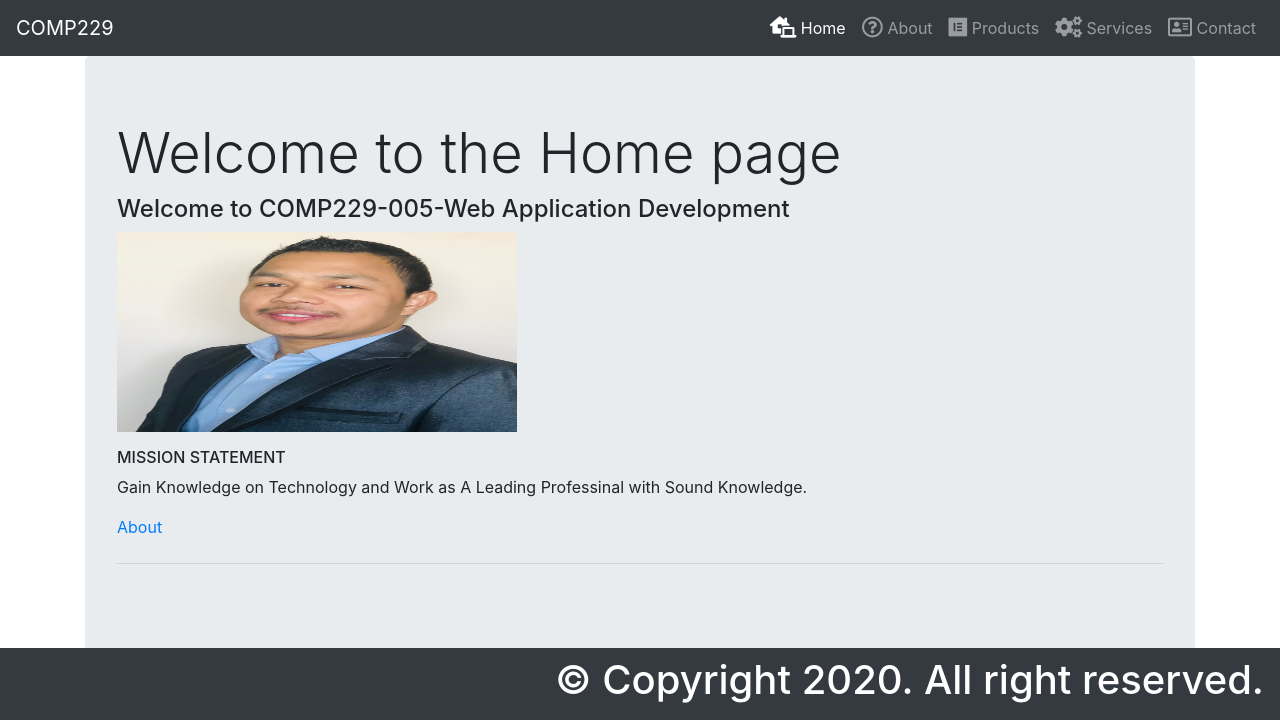
Repository: laxmangothe2020/COMP229Assignment
Page: http://localhost/
An editor plug-in stored every save of this project. The page is shown before and after the next save, followed by the edit.
The browser window is 1280 px wide. The pictures show the whole page.
The page is served by the project's Node server (server.js). Other server files are loaded and not shown.

Above is the page before, as saved 2021-02-11 01:04:23.

### views/index.ejs

<%- include partials/header.ejs %>

   <%- include partials/main_nav.ejs %>

      <!-- Main Contain -->
   <main class="container">
    <div class="jumbotron">
    <h1 class="display-4"> Welcome to the <%= title %> page </h1>
    <!--Using Switch case all infornation passed through here-->
      <% switch (title) {
        case 'Home' : %>
        <%- include partials/home.ejs %>
                <% break;

        case 'About' : %>
        <%- include partials/about.ejs %>
                <% break;

        case 'Products' : %>
        <%- include partials/products.ejs %>
                <% break;

        case 'Services' : %>
        <%- include partials/services.ejs %>
                <% break;

        case 'Contact' : %>
        <%- include partials/contact.ejs %>
              <% break;
       } %>
      <hr class="my-4">
    </div>
  </main>

   <%- include partials/bottom_nav.ejs %>


    <%- include partials/footer.ejs %>

### views/partials/header.ejs

<!DOCTYPE html>
<html lang="en">
  <head>
   <meta charset="UTF-8">
   <meta name="viewport" content="with=device-width, initial-scale=1.0">
    <title><%= title %></title>

  <!-- CSS Section-->
  <link rel="stylesheet" href="/bootstrap/dist/css/bootstrap.min.css">
  <link rel="stylesheet" href="/@fortawesome/fontawesome-free/css/all.min.css">
  <link rel='stylesheet' href='/Content/app.css'/>

</head>
<body>

### views/partials/main_nav.ejs
<!-- Main Navigation -->
   <nav class="navbar navbar-expand-lg navbar-dark bg-dark">
      <a class="navbar-brand" href="/">COMP229</a>
      <button class="navbar-toggler" type="button" data-toggle="collapse" data-target="#navbarSupportedContent" aria-controls="navbarSupportedContent" aria-expanded="false" aria-label="Toggle navigation">
       <span class="navbar-toggler-icon"></span>
     </button>

     <div class="collapse navbar-collapse" id="navbarSupportedContent">
        <ul class="navbar-nav ml-auto">

          <% if (title == "Home") { %>
        <li class="nav-item active">
        <% } else { %>
        <li class="nav-item">
        <% } %>
          <a class="nav-link" href="/home"><i class="fas fa-lg fa-laptop-house"></i> Home </a>
        </li>

        <% if (title == "About") { %>
          <li class="nav-item active">
          <% } else { %>
          <li class="nav-item">
          <% } %>
        <a class="nav-link" href="/about"><i class="far fa-lg fa-question-circle"></i> About </a>
        </li>

        <% if (title == "Products") { %>
          <li class="nav-item active">
          <% } else { %>
          <li class="nav-item">
          <% } %>
        <a class="nav-link" href="/products"><i class="fab fa-lg fa-elementor"></i> Products </a>
        </li>

        <% if (title == "Services") { %>
          <li class="nav-item active">
          <% } else { %>
          <li class="nav-item">
          <% } %>
        <a class="nav-link" href="/services"><i class="fas fa-lg fa-cogs"></i> Services </a>
        </li>

        <% if (title == "Contact") { %>
          <li class="nav-item active">
          <% } else { %>
          <li class="nav-item">
          <% } %>
        <a class="nav-link" href="/contact"><i class="far fa-lg fa-address-card"></i> Contact </a>

        </li>

      </div>
    </nav>

### views/partials/home.ejs
<body>

    <div class="content">
        <h4>Welcome to COMP229-005-Web Application Development</h4>
        <img src="./Assets/images/lax.jpeg" width="400" height="200" >
        <p>
            <h6> MISSION STATEMENT</h6> Gain Knowledge on Technology and Work as A Leading Professinal with Sound Knowledge.
        </p>
        <p>
            <a href="/about"> About </a>
        </p>
    </div>

</body>

### views/partials/about.ejs

         <div id="contentEditable">


                    <div style="background-color: #C0C0C0;margin-bottom: 10px">
                        <h3 style="padding-left: 40px;padding-top:20px;color: #AA7439"> About Me </h3>
                        <div style="width: 100%;height:100%;background-color:#C0C0C0;">
                            <img src="./Assets/images/laxman.jpeg" alt="Security for Life" width="175" style="float: right;margin-left: 30px;margin-right:30px">
                           <p style="padding-left:15px; padding-right: 10px; color:#696969;margin:20px;text-align: justify;line-height:1.7;padding-bottom: 20px;">
                             &nbsp;&nbsp;&nbsp;&nbsp;&nbsp;&nbsp;&nbsp;&nbsp;The Civil Homes REALTORS® is a small, family owned real estate company with full-time Professional REALTORS®. We have been in business in Madison since 1990 and have helped hundreds of people and families buy and sell homes throughout the years all over Madison, Dane County and the surrounding counties. The Civil Homes REALTORS® is licensed in the State of Toronto.
                             <br>
                             <br>&nbsp;&nbsp;&nbsp;&nbsp;&nbsp;&nbsp;&nbsp;&nbsp;We pride ourselves on the quality of service that we provide, not the quantity that we sell. We find that our clients are extremely satisfied with the services we provide, because they know that our first concern is always their best interests. The wants and needs of our clients are always at the forefront of our business practices and are the driving force behind all that we do.
                             <br>&nbsp;&nbsp;&nbsp;&nbsp;&nbsp;&nbsp;&nbsp;&nbsp;We pride ourselves on the quality of service that we provide, not the quantity that we sell.
                           </p>
                       </div>


                    </div>
        </div>
<p><a href="/public/PDF/resume.pdf"> Resume </a></button></p>

### views/partials/products.ejs
<div class="row">
    <div class="column">
        <img src="./Assets/images/mobile.jpg" width="350" height="250" >
        <p> The main purpose to develop this project is<br>
            to roll the dice. we have two diaces here, <br>
            when we click on the roll button, it shows<br>
            the number and also shows the total number<br>
            by adding the number of both dice.</p>
    </div>
    <div class="column">
        <img src="./Assets/images/game.jpg" width="350" height="250" >
        <p> This is the Slot Machine Project. The main<br>
            purpose to develop this project is to show<br>
            how the jackpot works. When we bet  amount<br>
            and play,it shows either we win the game or<br>
            loose. It shows credic, balance and jackpot.</p>
    </div>
    <div class="column">
        <img src="./Assets/images/software.jpg" width="350" height="250" >
        <p> This is a 5 page project of Web Application<br>
            The main purpose to develop this project is <br>
            to run multi-pages and show the importance <br>
            of each pages. Home, About, Products, Services<br>
            and Contact pages are the pages of this project</p>
    </div>
 </div>

### views/partials/services.ejs
<div class="row">
    <div class="column">
        <img src="./Assets/images/qualityassurance.jpg" width="350" height="250" >
    </div>
    <div class="column">
        <img src="./Assets/images/softwaredev.jpg" width="350" height="250" >
    </div>
    <div class="column">
        <img src="./Assets/images/technical.jpg" width="350" height="250" >
    </div>
    <h3>Our Services:</h3> <br>
        <p>We work for several aspects of IT related tasks. Our Main purpose is to make sure on the Quality of our products.
            Similarly, Web designing, coding by using C#, JavaScript, Database are our major focus. We provide service to the customer
            in a fast paced way. All the customers are happy with our Service.
        </p>
</div>

### views/partials/contact.ejs
<div class="container">
    <h1 class="display-5">CONTACT FIELD</h1>
    <div id="errorMessage" class="alert alert-danger" role="alert" hidden>

    </div>
    <hr>
    <form id="conactForm">
      <div class="form-group">
        <label for="firstName">First Name</label>
        <input type="text" class="form-control" id="firstName" name="firstName" aria-describedby="firstName"
        placeholder="Enter First Name" required autofocus>
      </div>

      <div class="form-group">
        <label for="lastName">Last Name</label>
        <input type="text" class="form-control" id="lastName" name="lastName" aria-describedby="lastName"
        placeholder="Enter Last Name" required>
      </div>

      <div class="form-group">
        <label for="contactNumber">Contact Number</label>
        <input type="tel" class="form-control" id="contactNumber" name="contactNumber" aria-describedby="contactNumber"
        placeholder="Enter Contact Number" required>
      </div>

      <div class="form-group">
        <label for="emailAddress">Email address</label>
        <input type="email" class="form-control" id="emailAddress" name="emailAddress" aria-describedby="emailAddress"
        placeholder="Enter Email" required>
      </div>

      <div class="form-group">
        <label for="shortMessage">Your Message</label>
        <textarea class="form-control" id="shortMessage"  name="shortMessage" rows="3" aria-describedby="shortMessage" placeholder="--If you have Short message, please write here--" required></textarea></textarea>
      </div>

      <button type="button" value="Submit"class="btn btn-primary btn-lg"><i class="fas fa-file-import"></i>Send</button></a>
      <!--<button id="submitButton" type="submit" class="btn btn-primary btn-lg"><i class="fas fa-share-square"></i> Send</button> -->
      <button id="resetButton" type="reset" class="btn btn-warning btn-lg"><i class="fas fa-redo"></i> Reset</button>
      <br>
      <br>
      <br>
    </form>

  </div>

### views/partials/bottom_nav.ejs
<!-- Bottom Nav -->

    <footer>

       <nav class="navbar fixed-bottom navbar-dark bg-dark">
           <h5 class="display-6 navbar.text"> <h1 style="color:white;">&copy; Copyright 2020. All right reserved.</h1>
       </nav>

    </footer>

### views/partials/footer.ejs
<!-- Script Section-->
    <script src="/jquery/dist/jquery.min.js"></script>
    <script src="/bootstrap/dist/js/bootstrap.min.js"></script>
    <script src="/Scripts/app.js"></script>
 </body>
</html>

### server.js
#!/usr/bin/env node

/**
 * Module dependencies.
 */

let app = require('./app');
let debug = require('debug')('week4:server');
let http = require('http');

/**
 * Get port from environment and store in Express.
 */

let port = normalizePort(process.env.PORT || '3000');
app.set('port', port);

/**
 * Create HTTP server.
 */

let server = http.createServer(app);

/**
 * Listen on provided port, on all network interfaces.
 */

server.listen(port);
server.on('error', onError);
server.on('listening', onListening);

/**
 * Normalize a port into a number, string, or false.
 */

function normalizePort(val) {
  let port = parseInt(val, 10);

  if (isNaN(port)) {
    // named pipe
    return val;
  }

  if (port >= 0) {
    // port number
    return port;
  }

  return false;
}

/**
 * Event listener for HTTP server "error" event.
 */

function onError(error) {
  if (error.syscall !== 'listen') {
    throw error;
  }

  let bind = typeof port === 'string'
    ? 'Pipe ' + port
    : 'Port ' + port;

  // handle specific listen errors with friendly messages
  switch (error.code) {
    case 'EACCES':
      console.error(bind + ' requires elevated privileges');
      process.exit(1);
      break;
    case 'EADDRINUSE':
      console.error(bind + ' is already in use');
      process.exit(1);
      break;
    default:
      throw error;
  }
}

/**
 * Event listener for HTTP server "listening" event.
 */

function onListening() {
  let addr = server.address();
  let bind = typeof addr === 'string'
    ? 'pipe ' + addr
    : 'port ' + addr.port;
  debug('Listening on ' + bind);
}

### routes/index.js
var express = require('express');
var router = express.Router();

/* GET home page. */
router.get('/', function(req, res, next) {
  res.render('index', { title: 'Home'});
});

/* GET home page. */
router.get('/home', function(req, res, next) {
  res.render('index', { title: 'Home'});
});

/* GET About page. */
router.get('/about', function(req, res, next) {
  res.render('index', { title: 'About'});
});

/* GET Products page. */
router.get('/products', function(req, res, next) {
  res.render('index', { title: 'Products'});
});

/* GET Services page. */
router.get('/services', function(req, res, next) {
  res.render('index', { title: 'Services'});
});


/* GET Contact us page. */
router.get('/contact', function(req, res, next) {
  res.render('index', { title: 'Contact'});
});

module.exports = router;

### app.js
//installed third party packages
let createError = require('http-errors');
let express = require('express');
let path = require('path');
let cookieParser = require('cookie-parser');
let logger = require('morgan');

let indexRouter = require('./routes/index');
let usersRouter = require('./routes/users');

let app = express();

// view engine setup
app.set('views', path.join(__dirname, 'views'));
app.set('view engine', 'ejs');

app.use(logger('dev'));
app.use(express.json());
app.use(express.urlencoded({ extended: false }));
app.use(cookieParser());
app.use(express.static(path.join(__dirname, 'public')));
app.use(express.static(path.join(__dirname, 'node_modules')));

app.use('/', indexRouter);
app.use('/users', usersRouter);
app.use('/public/images', express.static('./public/images') ) ;
app.use('/public/PDF', express.static('./public/PDF'));
app.use('/views/partials', express.static('./views/partials'));


// catch 404 and forward to error handler
app.use(function(req, res, next) {
  next(createError(404));
});

// error handler
app.use(function(err, req, res, next) {
  // set locals, only providing error in development
  res.locals.message = err.message;
  res.locals.error = req.app.get('env') === 'development' ? err : {};

  // render the error page
  res.status(err.status || 500);
  res.render('error');
  res.render('error', {title: 'Error'});
});

module.exports = app;

### public/Content/app.css
/* Custom CSS goes here */

### public/Scripts/app.js
// IIFE
(function(){
    function start()
    {
        console.log("App started...")
    }
    window.addEventListener("load", start);

})();

After the next save:
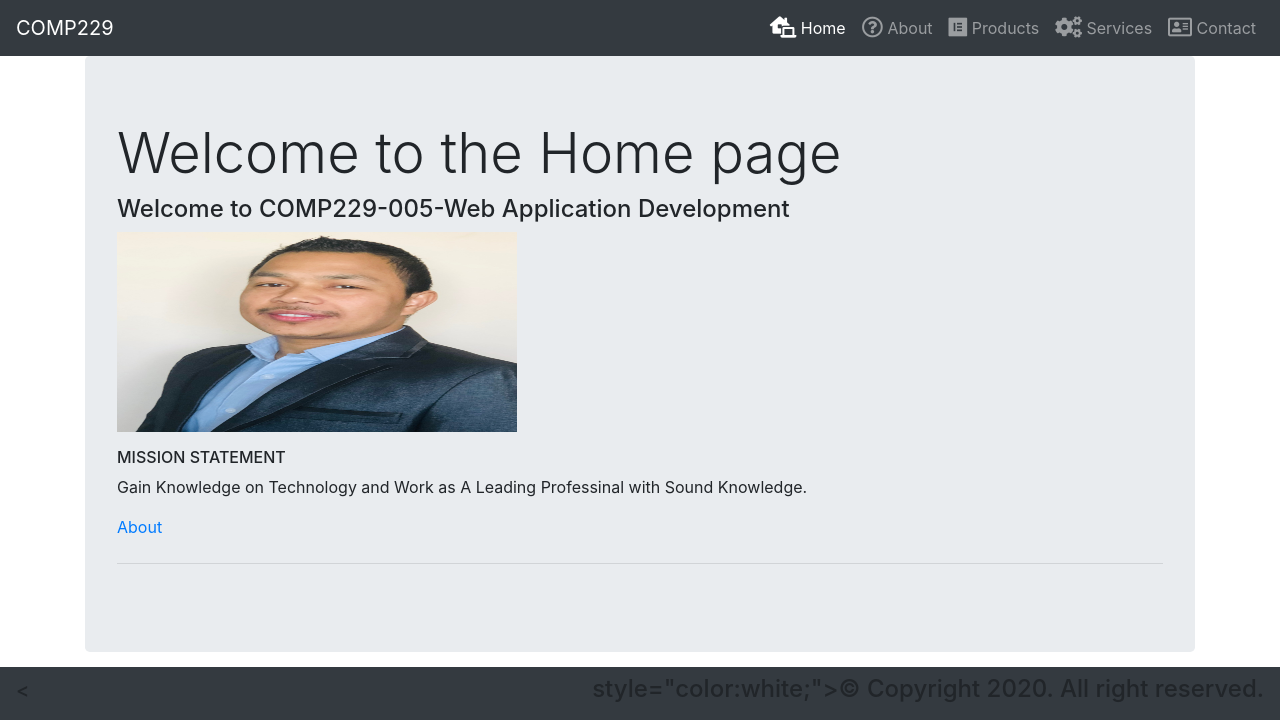
Saved 41 s later.
--- a/views/partials/bottom_nav.ejs
+++ b/views/partials/bottom_nav.ejs
@@ -3,7 +3,7 @@
     <footer>
 
        <nav class="navbar fixed-bottom navbar-dark bg-dark">
-           <h5 class="display-6 navbar.text"> <h1 style="color:white;">&copy; Copyright 2020. All right reserved.</h1>
+           <h5 class="display-6 navbar.text"> <<h4> style="color:white;">&copy; Copyright 2020. All right reserved.</h4>
        </nav>
 
     </footer>
